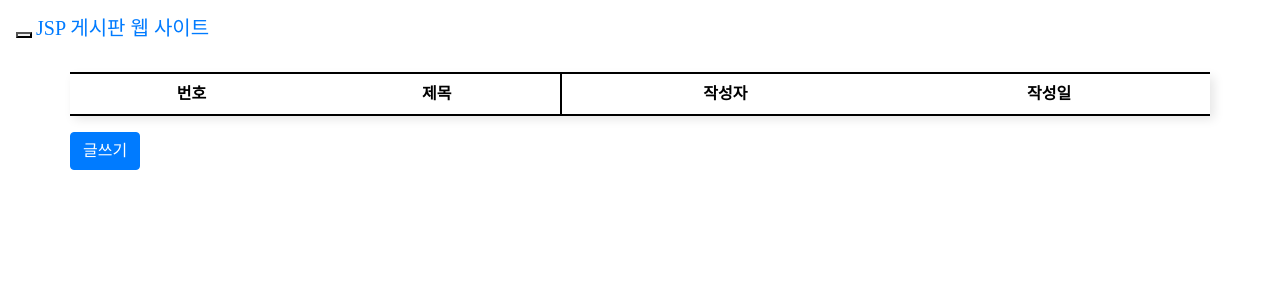
Repository: hz6450/2024-summer-jsp-notice-project
Page: http://localhost/BBS/BBS.jsp
An editor plug-in stored every save of this project. The page is shown before and after the next save, followed by the edit.
The browser window is 1280 px wide. The pictures show the whole page.
Some web fonts or font styles are not loaded; a fallback is used. Some web libraries are served in a nearby version. The page is served by Tomcat 10. Other server files are loaded and not shown. Queries for data that is not in the repository find no rows.

Above is the page before, as saved 2024-07-12 08:08:39.

### projects/BBS/src/main/webapp/BBS.jsp
<%@ page language="java" contentType="text/html; charset=UTF-8"
	pageEncoding="UTF-8"%>
<%@ page import="java.io.PrintWriter"%>
<%@ page import="bbs.BbsDAO"%>
<%@ page import="bbs.Bbs"%>
<%@ page import="java.util.ArrayList"%>
<!DOCTYPE html>
<html>

<head>
<meta charset="UTF-8">
<meta name="viewport" content="width=device-width" initial-scale="1">
<link rel="stylesheet" href="css/bootstrap.css">
<link rel="stylesheet" href="css/custom.css">
<title>jsp 게시판 웹 사이트</title>
<style type="text/css">
</style>
</head>

<body>
	<%
	String userID = null;
	if (session.getAttribute("userID") != null) {
		userID = (String) session.getAttribute("userID");

	}
	int pageNumber = 1;
	if (request.getParameter("pageNumber") != null) {
		pageNumber = Integer.parseInt(request.getParameter("pageNumber"));
	}
	%>
	<nav class="navbar navbar-default">
		<div class="navbar-header">
			<button type="button" class="navbar-toggle" data-toggle="collapse"
				data-target="#bs-example-navbar-collapse-1" aria-expanded="false">
				<span class="icon-bar"></span> <span class="icon-bar"></span> <span
					class="icon-bar"></span>
			</button>
			<a class="navbar-brand" href="main.jsp">JSP 게시판 웹 사이트</a>
		</div>
		<div class="collapse navbar-collapse"
			id="bs-example-navbar-collapse-1">
			<ul class="nav navbar-nav">
				<li><a href="main.jsp">메인</a></li>
				<li class="active"><a href="BBS.jsp">게시판</a></li>
			</ul>
		</nav>
			<div class="container">
				<div class="row">
					<table class="table table-striped" id="bbs-table">
						<thead style="box-shadow: 4px 4px 10px rgba(0,0,0,0.1)">
							<tr>
								<th id="bbs-th">번호</th>
								<th id="bbs-th-bor">제목</th>
								<th id="bbs-th">작성자</th>
								<th id="bbs-th">작성일</th>
							</tr>
						</thead>
						<tbody id="bbs-tr">
							<%
							BbsDAO bbsDAO = new BbsDAO();
							ArrayList<Bbs> list = bbsDAO.getList(pageNumber);
							for (int i = 0; i < list.size(); i++) {
							%>
							<tr>
								<td><%= list.get(i).getBbsId() %></td>
								<td><a href="view.jsp?bbsID=<%=list.get(i).getBbsId()%>">
										<%= list.get(i).getBbsTitle() %></a></td>
								<td><%= list.get(i).getUserID() %></td>
								<td><%= list.get(i).getBbsDate().substring(0, 11) + list.get(i).getBbsDate().substring(11, 13) + "시" + list.get(i).getBbsDate().substring(14, 16) + "분" %></td>
							</tr>
						</tbody>
						<%
						}
						%>

					</table>
					<%
						if(pageNumber != 1){
							%>
					<a href="BBS.jsp?pageNumber=<%=pageNumber -1 %>" class="btn btn-success btn-arrow-left">이전</a>

					<%
						}if(bbsDAO.nextPage(pageNumber + 1)){
							%>
					<a href="BBS.jsp?pageNumber=<%=pageNumber +1 %>" class="btn btn-success btn-arrow-left">다음</a>
					<%
						}
					%>
					<a href="write.jsp" class="btn btn-primary pull-right">글쓰기</a>
				</div>
			</div>

		</div>



	<script src="https://code.jquery.com/jquery-3.1.1.min.js"></script>
	<script src="js/bootstrap.js"></script>

</body>

</html>

### projects/BBS/src/main/java/bbs/BbsDAO.java
package bbs;

import java.sql.Connection;
import java.sql.DriverManager;
import java.sql.PreparedStatement;
import java.sql.ResultSet;
import java.util.ArrayList;

public class BbsDAO {

	private Connection conn;
	private ResultSet rs;

	public BbsDAO() {
		try {
			String dbURL = "jdbc:mysql://localhost:3306/BBS";
			String dbID = "root";
			String dbPassword = "6450";
			Class.forName("com.mysql.jdbc.Driver");
			conn = DriverManager.getConnection(dbURL, dbID, dbPassword);
		} catch (Exception e) {
			e.printStackTrace();
		}
	}

	public String getDate() {
		String SQL = "SELECT NOW()";
		try {
			PreparedStatement pstmt = conn.prepareStatement(SQL);
			rs = pstmt.executeQuery();
			if (rs.next()) {
				return rs.getString(1);
			}
		} catch (Exception e) {
			e.printStackTrace();
		}
		return "";
	}

	public int getNext() {
		String SQL = "SELECT bbsID FROM BBS ORDER BY bbsID DESC";
		try {
			PreparedStatement pstmt = conn.prepareStatement(SQL);
			rs = pstmt.executeQuery();
			if (rs.next()) {
				return rs.getInt(1) + 1;
			}
		} catch (Exception e) {
			e.printStackTrace();
		}
		return 1;
	}

	public int write(String bbsTitle, String userID, String bbsContent) {
		String SQL = "INSERT INTO BBS VALUE(?,?,?,?,?,?)";
		try {
			PreparedStatement pstmt = conn.prepareStatement(SQL);

			pstmt.setInt(1, getNext());
			pstmt.setString(2, bbsTitle);
			pstmt.setString(3, userID);
			pstmt.setString(4, getDate());
			pstmt.setString(5, bbsContent);
			pstmt.setInt(6, 1);

			return pstmt.executeUpdate();
		} catch (Exception e) {
			e.printStackTrace();
		}
		return -1;
	}

	public ArrayList<Bbs> getList(int pageNumber) {
		String SQL = "SELECT * From BBS WHERE bbsID < ? AND bbsAvailable = 1 ORDER BY bbsID DESC LIMIT 10";
		ArrayList<Bbs> list = new ArrayList<Bbs>();
		try {
			PreparedStatement pstmt = conn.prepareStatement(SQL);
			pstmt.setInt(1, getNext() - (pageNumber - 1) * 10);
			rs = pstmt.executeQuery();
			while (rs.next()) {
				Bbs bbs = new Bbs();
				bbs.setBbsId(rs.getInt(1));
				bbs.setBbsTitle(rs.getString(2));
				bbs.setUserID(rs.getString(3));
				bbs.setBbsDate(rs.getString(4));
				bbs.setBbsContent(rs.getString(5));
				bbs.setBbsAvailable(rs.getInt(6));
				list.add(bbs);
			}
		} catch (Exception e) {
			e.printStackTrace();
		}
		return list;
	}

	public boolean nextPage(int pageNumber) {
		String SQL = "SELECT * From BBS WHERE bbsID < ? AND bbsAvailable = 1 ORDER BY bbsID DESC LIMIT 10";
		try {
			PreparedStatement pstmt = conn.prepareStatement(SQL);
			pstmt.setInt(1, getNext() - (pageNumber - 1) * 10);
			rs = pstmt.executeQuery();
			if (rs.next()) {
				return true;
			}
		} catch (Exception e) {
			e.printStackTrace();
		}
		return false;
	}

	public Bbs getBbs(int bbsID) {
		String SQL = "SELECT * FROM BBS WHERE bbsID = ?";
		try {
			PreparedStatement pstmt = conn.prepareStatement(SQL);
			pstmt.setInt(1, bbsID);
			rs = pstmt.executeQuery();
			if (rs.next()) {
				Bbs bbs = new Bbs();
				bbs.setBbsId(rs.getInt(1));
				bbs.setBbsTitle(rs.getString(2));
				bbs.setUserID(rs.getString(3));
				bbs.setBbsDate(rs.getString(4));
				bbs.setBbsContent(rs.getString(5));
				bbs.setBbsAvailable(rs.getInt(6));
				return bbs;
			}
		} catch (Exception e) {
			e.printStackTrace();
		}
		return null;
	}

	public int update(int bbsID, String bbsTitle, String bbsContent) {
		String SQL = "UPDATE BBS SET bbsTitle = ?, bbsContent= ? WHERE bbsID = ?";
		try {
			PreparedStatement pstmt = conn.prepareStatement(SQL);

			pstmt.setString(1, bbsTitle);
			pstmt.setString(2, bbsContent);
			pstmt.setInt(3, bbsID);

			return pstmt.executeUpdate();
		} catch (Exception e) {
			e.printStackTrace();
		}
		return -1;
	}

	public int delete(int bbsID) {
		String SQL = "UPDATE BBS SET bbsAvailable=0 WHERE bbsID = ?";
		try {
			PreparedStatement pstmt = conn.prepareStatement(SQL);
			pstmt.setInt(1, bbsID);

			return pstmt.executeUpdate();
		} catch (Exception e) {
			e.printStackTrace();
		}
		return -1;
	}
}

### projects/BBS/src/main/webapp/css/custom.css
@import url(http://fonts.googleapis.com/earlyaccess/nanumgothic.css);

@import url(http://fonts.googleapis.com/earlyaccess/hanna.css);

* {
	font-family: "Nanum Gothic";
}

h1 {
	font-family: "Hanna";
}

#bbs-table {
  border-collapse: collapse;
  margin: 1rem auto;
  background-color: white;
}

td {
  padding: 8px;
  text-align: left;
  border-bottom: 1px solid #ddd;
  text-align: center;
}

#bbs-th {
  padding: 8px;
  text-align: left;
  text-align: center;
  border-top: 2px solid #000;
  border-bottom: 2px solid #000;
  color: #000;
}

#bbs-th-bor {
  padding: 8px;
  text-align: left;
  text-align: center;
  border-top: 2px solid #000;
  border-bottom: 2px solid #000;
  border-right: 2px solid #000;
  color: #000;
}

Loaded but not shown: projects/BBS/src/main/webapp/css/bootstrap.css (library); projects/BBS/src/main/webapp/js/bootstrap.js (library)

After the next save:
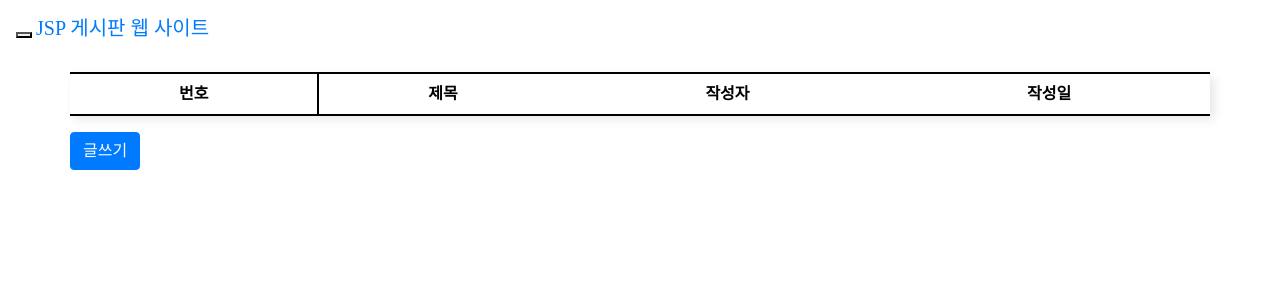
Saved 8 s later.
--- a/projects/BBS/src/main/webapp/css/custom.css
+++ b/projects/BBS/src/main/webapp/css/custom.css
@@ -38,6 +38,6 @@ td {
   text-align: center;
   border-top: 2px solid #000;
   border-bottom: 2px solid #000;
-  border-right: 2px solid #000;
+  border-left: 2px solid #000;
   color: #000;
 }
